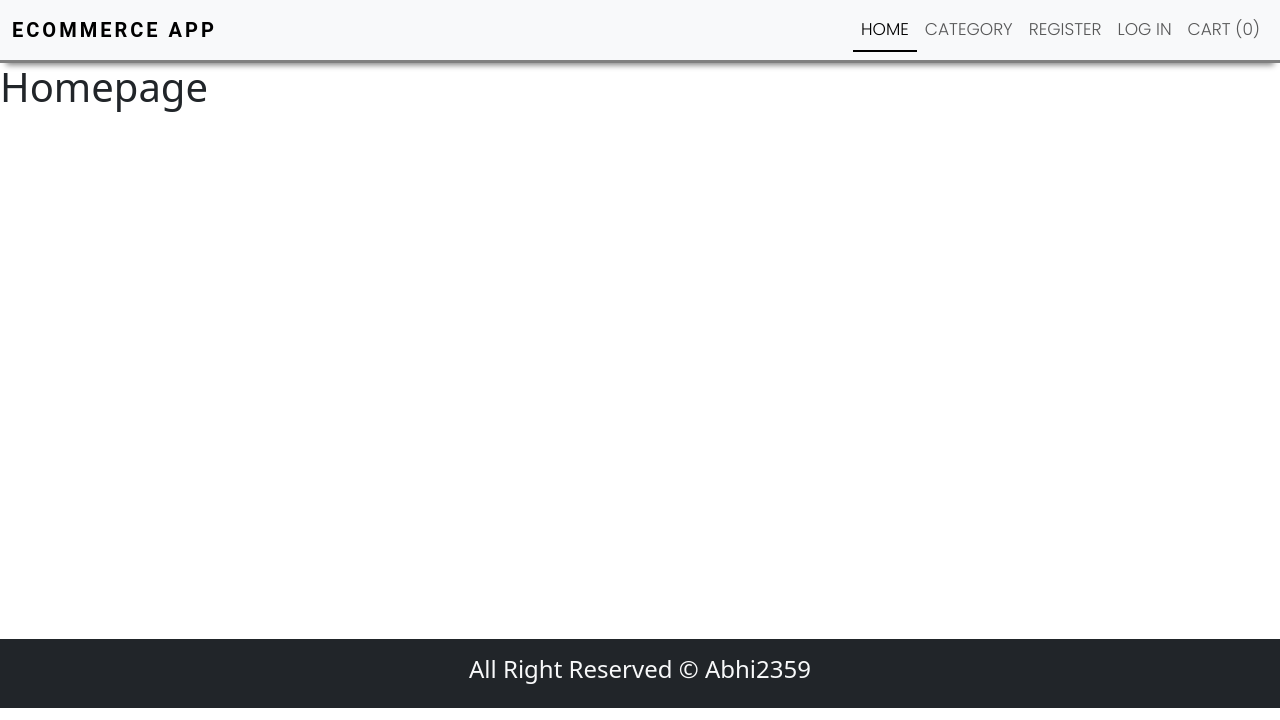
Repository: Abhi2359/SaleXpress
Page: / (app in client/)
An editor plug-in stored every save of this project. The page is shown before and after the next save, followed by the edit.
The browser window is 1280 px wide. The pictures show the whole page.
The project was rebuilt for these pictures with package versions that can differ from the ones it lists, and the page was loaded fresh each time. Also part of the build but not shown: client/vite.config.js, client/src/pages/About.jsx, client/src/pages/Policy.jsx, client/src/pages/PageNotFound.jsx.

Above is the page before, as saved 2023-05-08 19:23:02.

### client/index.html
<!DOCTYPE html>
<html lang="en">
  <head>
    <meta charset="UTF-8" />
    <link href="https://cdn.jsdelivr.net/npm/bootstrap@5.3.0-alpha3/dist/css/bootstrap.min.css" rel="stylesheet" integrity="sha384-KK94CHFLLe+nY2dmCWGMq91rCGa5gtU4mk92HdvYe+M/SXH301p5ILy+dN9+nJOZ" crossorigin="anonymous">
    <meta name="viewport" content="width=device-width, initial-scale=1.0" />
    <title>SaleXpress</title>
  </head>
  <body>
    <div id="root"></div>
    <script src="https://cdn.jsdelivr.net/npm/bootstrap@5.3.0-alpha3/dist/js/bootstrap.bundle.min.js" integrity="sha384-ENjdO4Dr2bkBIFxQpeoTz1HIcje39Wm4jDKdf19U8gI4ddQ3GYNS7NTKfAdVQSZe" crossorigin="anonymous"></script>
    <script type="module" src="/src/main.jsx"></script>
  </body>
</html>

### client/src/main.jsx
import React from 'react'
import ReactDOM from 'react-dom/client'
import App from './App.jsx'
import './index.css'
import {BrowserRouter} from "react-router-dom"

ReactDOM.createRoot(document.getElementById('root')).render(
  <BrowserRouter>

  <React.StrictMode>
    <App />
  </React.StrictMode>
  </BrowserRouter>
)

### client/src/App.jsx

import {Routes,Route} from "react-router-dom"
import Homepage from "./pages/HomePage"
import About from "./pages/About"
import Policy from "./pages/Policy"
import PageNotFound from "./pages/PageNotFound"
function App() {

  return (
    <>

<Routes>
  <Route path='/' element={<Homepage/>}/>
  <Route path='/about' element={<About/>}/>
  <Route path='/contact' element={<About/>}/>
  <Route path='/policy' element={<Policy/>}/>
  <Route path='*' element={<PageNotFound/>}/>

</Routes>


    </>
  )
}

export default App

### client/src/index.css

@import url('https://fonts.googleapis.com/css2?family=Heebo:wght@600&family=Kumbh+Sans:wght@800&family=Playfair+Display:wght@700&family=Poppins:ital,wght@0,300;0,400;0,500;1,300;1,600&display=swap');


*{
    margin: 0;
    padding: 0;
    box-sizing: border-box;
}

/* font-family: 'Poppins', sans-serif; */
/* font-family: 'Playfair Display', serif; */

/* Navbar CSS */

.navbar {
    font-family: "Poppins", sans-serif;
    font-size: 17px;
    line-height: 26px;
    text-transform: uppercase;
    box-shadow: 0 8px 6px -6px gray;
    --webkit-box-shadow: 0 8px 6px -6px gray;
    border-bottom: solid gray !important;
  }

  .nav-link {
    font-weight: 300 !important;
  }

  .active {
    border-bottom: 2px solid black;
  }

  .navbar-brand {
    font-weight: 700;
    font-family: "roboto", sans-serif;
    letter-spacing: 3px;
  }
  /* =============================
  ==========footer============= */

  .footer {
    color: white;
    padding: 25px;
    background: #000000; /* fallback for old browsers */
    background: -webkit-linear-gradient(
      to right,
      #434343,
      #000000
    ); /* Chrome 10-25, Safari 5.1-6 */
    background: linear-gradient(to right, #434343, #000000);
  }

  .footer a {
    text-decoration: none;
    color: white;
    padding: 10px;
  }

  .footer a:hover {
    color: #ffefba;
    border-bottom: 1px solid #ffefba;
  }
  /* =================================
  ======== page not found css ======= */
  .pnf {
    display: flex;
    min-height: 65vh;
    flex-direction: column;
    align-items: center;
    justify-content: center;
  }

  .pnf-title {
    font-size: 100px;
    font-weight: 700;
  }

  .pnf-heading {
    font-weight: normal;
  }

  .pnf-btn {
    color: black;
    border: 1px solid black;
    text-decoration: none;
    padding: 10px;
    margin-top: 10px;
  }
  .pnf-btn:hover {
    background-color: black;
    color: white;
  }
  /* ========================================= */
  /* =========contact us ========= */
  .contactus {
    margin: 0;
    padding: 0;
    height: 70vh;
    display: flex;
    align-items: center;
    justify-content: center;
  }

### client/src/pages/HomePage.jsx
import React from 'react'
import Layout from "./../components/Layout/Layout"
const HomePage = () => {
  return (
 <Layout>
    <h1>Homepage</h1>
 </Layout>
  )
}

export default HomePage

### client/src/components/Layout/Layout.jsx
import React from 'react'
import Header from './Header'
import Footer from './Footer'

const Layout = ({children}) => {
  return (
    <div>
        <Header/>
        <main style={{minHeight:"80vh"}}>

        {children}
        </main>
        <Footer/>
    </div>
  )
}

export default Layout

### client/src/components/Layout/Header.jsx
import React from "react";
import { NavLink,Link } from "react-router-dom";
import {GiShop} from "react-icons/gi"
const Header = () => {
  return (
    <>
      <nav className="navbar navbar-expand-lg bg-body-tertiary">
        <div className="container-fluid">
          <button
            className="navbar-toggler"
            type="button"
            data-bs-toggle="collapse"
            data-bs-target="#navbarTogglerDemo01"
            aria-controls="navbarTogglerDemo01"
            aria-expanded="false"
            aria-label="Toggle navigation"
          >
            <span className="navbar-toggler-icon"></span>
          </button>
          <div className="collapse navbar-collapse" id="navbarTogglerDemo01">
            <Link to="/" className="navbar-brand">
              Ecommerce App
            </Link>
            <ul className="navbar-nav ms-auto mb-2 mb-lg-0">
              <li className="nav-item">
                <NavLink to="/" className="nav-link ">
                  Home
                </NavLink>
              </li>
              <li className="nav-item">
                <NavLink to="/category" className="nav-link">
                  Category
                </NavLink>
              </li>
              <li className="nav-item">
                <NavLink to="/register" className="nav-link">
                  Register
                </NavLink>
              </li>
              <li className="nav-item">
                <NavLink to="/login" className="nav-link">
                  Log In
                </NavLink>
              </li>
              <li className="nav-item">
                <NavLink to="/cart" className="nav-link">
                  {" "}
                  Cart (0)
                </NavLink>
              </li>
            </ul>
          </div>
        </div>
      </nav>
    </>
  );
};

export default Header;

### client/src/components/Layout/Footer.jsx
import React from 'react'

const Footer = () => {
  return (
    <div className='bg-dark text-light p-3'>
        <h4 className='text-center'> All Right Reserved &copy; Abhi2359</h4>
    </div>
  )
}

export default Footer

After the next save:
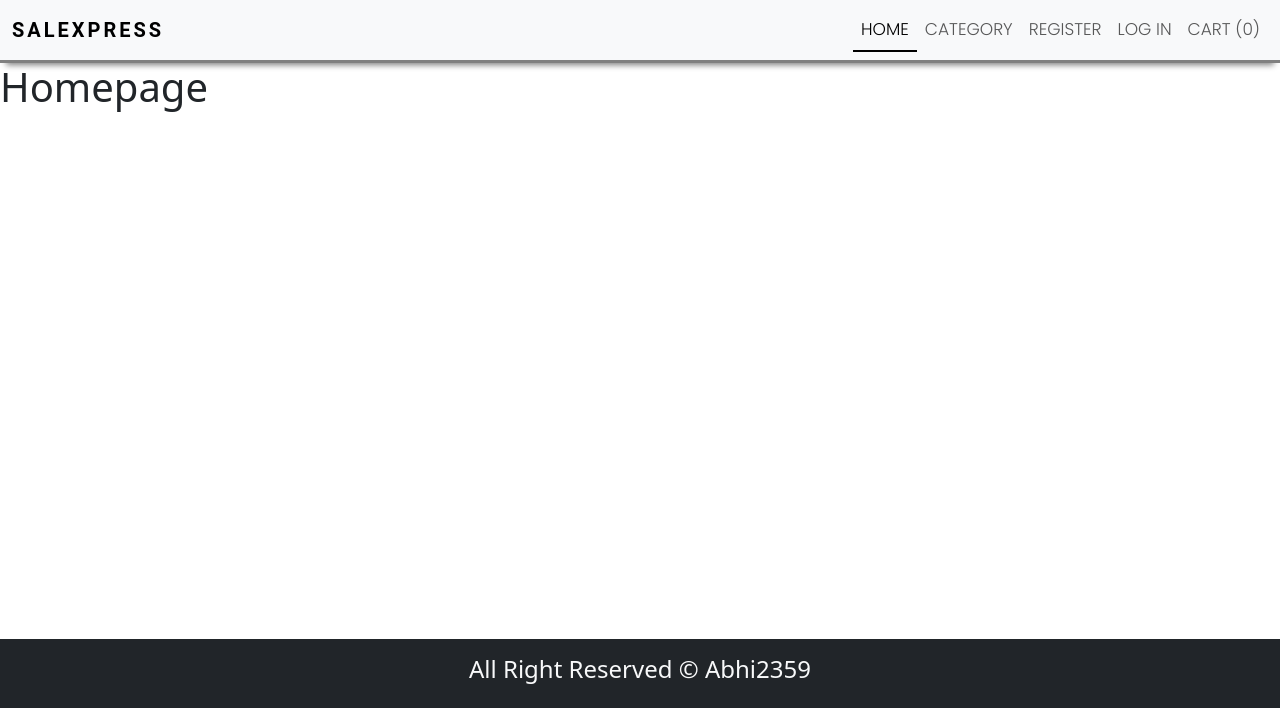
Saved 10 s later.
--- a/client/src/components/Layout/Header.jsx
+++ b/client/src/components/Layout/Header.jsx
@@ -19,7 +19,7 @@ const Header = () => {
           </button>
           <div className="collapse navbar-collapse" id="navbarTogglerDemo01">
             <Link to="/" className="navbar-brand">
-              Ecommerce App
+              SaleXpress
             </Link>
             <ul className="navbar-nav ms-auto mb-2 mb-lg-0">
               <li className="nav-item">
